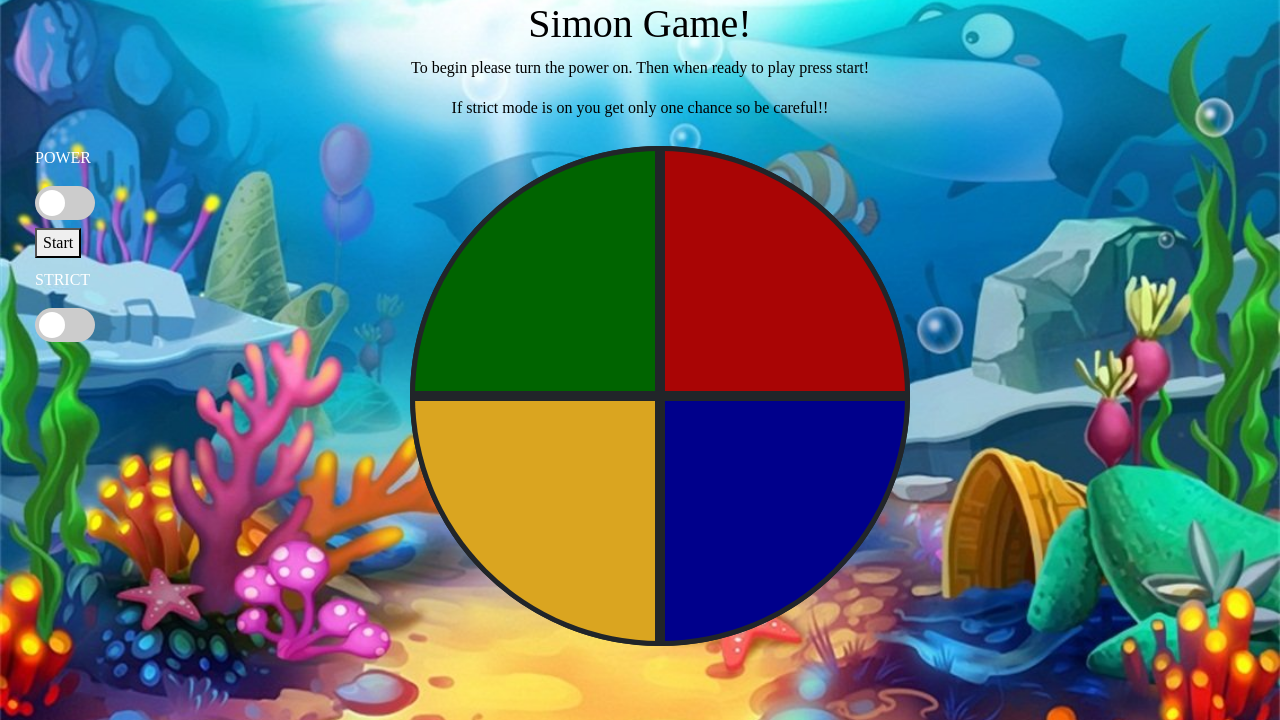
Repository: chrisoc19/SimonSays
Page: index.html
The author's editor kept a record of every edit. The page is drawn from the files as they stood at one moment, then again after the next edit.
The browser window is 1280 px wide. The pictures show the whole page.
Some web fonts or font styles are not loaded; a fallback is used.

Above is the page before.
Console error: ReferenceError: $ is not defined

### index.html
<!DOCTYPE html>
<html>
<html lang="en">
<head>
  <meta charset="UTF-8">
  <title>Simon Game</title>
  <meta name="viewport" content="width=device-width, initial-scale=1">
  <link href='https://fonts.googleapis.com/css?family=Original+Surfer&effect=emboss' rel='stylesheet' type='text/css'>
  <link rel="stylesheet" href="css/style.css">
<link rel="stylesheet" href="https://stackpath.bootstrapcdn.com/bootstrap/4.3.1/css/bootstrap.min.css" integrity="sha384-ggOyR0iXCbMQv3Xipma34MD+dH/1fQ784/j6cY/iJTQUOhcWr7x9JvoRxT2MZw1T" crossorigin="anonymous">

</head>

<body>


  <div class="container-fluid">
    <div class="row">
      <div class="col text text-box">
        <h1>Simon Game!</h1>
  <p>To begin please turn the power on. Then when ready to play press start!  </p>
  <p>If strict mode is on you get only one chance so be careful!!</p>
      </div>

    </div>


  <div class="row">
    <div class="col-sm-2 switches-wrapper">
      <div class="switches">

   <p class="newButtons">POWER</p>
  <label class="switch">
  <input type="checkbox" class="switch" id="on">
  <span class="slider round"></span>
</label>

  <div id="turn" class="d-none"></div>
  <div class="text2 d-none">
    COUNT
  </div>
  <div class ="button-container">
    <button class="button" id="start">Start</button>
    </div>


  <p class="newButtons">STRICT</p>
  <label class="switch">
  <input type="checkbox" class="switch " id="strict">
  <span class="slider round"></span>
</label>

</div>
    </div>
    <div class="col-sm-8">
      <div class="circle">
    <div id="topleft"></div>
    <div id="topright"></div>
    <div id="bottomleft"></div>
    <div id="bottomright"></div>
  </div>
    </div>

  </div>
</div>










  <script src="js/index.js"></script>

</body>

</html>

### css/style.css

body {
  padding-bottom: 20px;
  background-image: url("../img/sea.2.jpg");
  background-position: center;
  background-repeat: no-repeat;
  background-size: cover;

}

/* -----------------------------------------------------Simon game Text */

.text {
  font-family: 'Original Surfer', cursive;

  text-align: center;
  color: black;
}

.text-box {
  margin-bottom: 10px;
  background-color: rgba(0, 123, 255, 0);
}

.newButtons{
  font-family: 'Original Surfer', cursive;

  width: 65px;
  color: white;
}



.switches-wrapper {
  margin-left: 20px;
   background-color: rgba(0, 123, 255, 0);
}





/* The switch - the box around the slider */

.switch {
  position: relative;
  display: inline-block;
  width: 60px;
  height: 34px;
}

/* Hide default HTML checkbox */

.switch input {
  opacity: 0;
  width: 0;
  height: 0;
}

/* The slider */

.slider {
  position: absolute;
  cursor: pointer;
  top: 0;
  left: 0;
  right: 0;
  bottom: 0;
  background-color: #ccc;
  -webkit-transition: .4s;
  transition: .4s;
}

.slider:before {
  position: absolute;
  content: "";
  height: 26px;
  width: 26px;
  left: 4px;
  bottom: 4px;
  background-color: white;
  -webkit-transition: .4s;
  transition: .4s;
}

input:checked+.slider {
  background-color: #2196F3;
}

input:focus+.slider {
  box-shadow: 0 0 1px #2196F3;
}

input:checked+.slider:before {
  -webkit-transform: translateX(26px);
  -ms-transform: translateX(26px);
  transform: translateX(26px);
}

/* Rounded sliders */

.slider.round {
  border-radius: 34px;
}

.slider.round:before {
  border-radius: 50%;
}

.toggle {
  margin-left: 20px;
  margin-right: 20px;
}


.button {
  -webkit-transition-duration: 0.4s;
  /* Safari */
  transition-duration: 0.4s;
 font-family:  'Original Surfer', cursive;
}

.button:hover {
  background-color: #4CAF50;
  /* Green */
  color: white;
}

.button-container {
  margin-bottom: 10px;

}



.text2 {
  position: absolute;
  font-family: 'Original Surfer', cursive;
  margin-top: 170px;
  margin-bottom: 50px;
  margin-right: 100px;
}



#title {
  font-family: 'Original Surfer', cursive;
  font-size: 40px;
  text-align: center;

}



#turn {
  position: absolute;
  background: rgba(0,123,255,.5);
  /*background: #330000;*/
  color: red;
  font-family: courier;
  font-size: 20px;
  height: 30px;
  width: 50px;

  margin-top: 130px;
  margin-left: 5px;
  text-align: center;

  line-height: 30px;
}

/*------------------------------------------------- circle */

.circle {

  background: #385a94;
  border-radius: 50%;
  height: 500px;
  width: 500px;
  position: relative;
  border-style: solid;
  border-width: 10px;
  margin: auto;


}

#topleft {
  position: absolute;
  height: 250px;
  width: 250px;
  border-radius: 250px 0 0 0;
  -moz-border-radius: 250px 0 0 0;
  -webkit-border-radius: 250px 0 0 0;
  background: darkgreen;
  top: 50%;
  left: 50%;
  margin: -250px 0px 0px -250px;
  border-style: solid;
  border-width: 5px;
  box-sizing: border-box;
  -moz-box-sizing: border-box;
  -webkit-box-sizing: border-box;
}

#topright {
  position: absolute;
  height: 250px;
  width: 250px;
  border-radius: 0 250px 0 0;
  -moz-border-radius: 0 250px 0 0;
  -webkit-border-radius: 0 250px 0 0;
  background: #a90505;
  top: 50%;
  left: 50%;
  margin: -250px 0px 0px 0px;
  border-style: solid;
  border-width: 5px;
  box-sizing: border-box;
  -moz-box-sizing: border-box;
  -webkit-box-sizing: border-box;
}

#bottomleft {
  position: absolute;
  height: 250px;
  width: 250px;
  border-radius: 0 0 0 250px;
  -moz-border-radius: 0 0 0 250px;
  -webkit-border-radius: 0 0 0 250px;
  background: goldenrod;
  top: 50%;
  left: 50%;
  margin: 0px -250px 0px -250px;
  border-style: solid;
  border-width: 5px;
  box-sizing: border-box;
  -moz-box-sizing: border-box;
  -webkit-box-sizing: border-box;
}

#bottomright {
  position: absolute;
  height: 250px;
  width: 250px;
  border-radius: 0 0 250px 0;
  -moz-border-radius: 0 0 250px 0;
  -webkit-border-radius: 0 0 250px 0;
  background: darkblue;
  top: 50%;
  left: 50%;
  margin: 0px 0px -250px 0px;
  border-style: solid;
  border-width: 5px;
  box-sizing: border-box;
  -moz-box-sizing: border-box;
  -webkit-box-sizing: border-box;
}

### js/index.js
let order = [];
let playerOrder = [];
let flash;
let turn;
let good;
let compTurn;
let intervalId;
let strict = false;
let start = false;
let noise = true;
let on = false;
let win;

let oneNoise = new Audio('sounds/drop.mp3');
let twoNoise = new Audio('sounds/pop.mp3');
let threeNoise = new Audio('sounds/seagull.ogg');
let fourNoise = new Audio('sounds/radar.wav');
let startNoise = new Audio('sounds/startSound.ogg');
let offNoise = new Audio('sounds/off.ogg');
let winNoise = new Audio('sounds/winSound.wav');
let strictNoise = new Audio('sounds/b1.wav');


const turnCounter = document.querySelector("#turn");
const topLeft = document.querySelector("#topleft");
const topRight = document.querySelector("#topright");
const bottomLeft = document.querySelector("#bottomleft");
const bottomRight = document.querySelector("#bottomright");
const strictButton = document.querySelector("#strict");
const onButton = document.querySelector("#on");
const startButton = document.querySelector("#start");



//--------------------------------------------------------------- onButton

$('#on').click(function() {
    $('.remove').removeClass('d-none');
    $('.add').addClass('d-none');
})

onButton.addEventListener('click', (event) => {
    if (onButton.checked == true) {
        on = true;
        turnCounter.innerHTML = "-";
        startSound();
        flashColor();
        setTimeout(() => {
            clearColor();
        }, 800);
    }
    else {
        on = false;
        turnCounter.innerHTML = "Bye";
        setTimeout(() => {
            turnCounter.innerHTML = "";
        }, 1000);
        clearInterval(intervalId);
        off();
        flashColor();
        setTimeout(() => {
            clearColor();
        }, 800);
        setTimeout(() => {
            document.location.reload(true);
        }, 200);

    }

});

function startSound() {
    if (noise) {
        startNoise.play();
    }
    noise = true;

}

function off() {
    if (noise) {
        offNoise.play();
    }
    noise = true;

}
//---------------------------------------------------------------startButton
startButton.addEventListener('click', (event) => {
    if (on || win) {
        play();
        start = true;
    }
    if (onButton.checked == false) {
        startButton = 'unclick';
        start = false;

    }

});

//--------------------------------------------------------------- strictButton


strictButton.addEventListener('change', (event) => {
    if (onButton.checked == false) {
        document.getElementById("#strict").disabled = true;

    }
    if (strictButton.checked == true) {
        strict = true;
        strictSound();
        clearInterval(intervalId);
        turnCounter.innerHTML = "-";
        flashColor();
        setTimeout(() => {
            clearColor();
        }, 800);

    }
    else {
        strict = false;
        strictSound();
        clearInterval(intervalId);
        turnCounter.innerHTML = "-";
        flashColor();
        setTimeout(() => {
            clearColor();
        }, 800);

    }
});

function strictSound() {
    if (noise) {
        strictNoise.play();
    }
    noise = true;

}
//---------------------------------------------------------------play()
function play() {
    win = false;
    order = [];
    playerOrder = [];
    flash = 0;
    intervalId = 0;
    turn = 1;
    turnCounter.innerHTML = 1;
    good = true;
    for (var i = 0; i < 20; i++) {
        order.push(Math.floor(Math.random() * 4) + 1);
    }
    compTurn = true;

    intervalId = setInterval(gameTurn, 800);
}
//---------------------------------------------------------------GameTurn  ()
function gameTurn() {
    on = false;

    if (flash == turn) {
        clearInterval(intervalId);
        compTurn = false;
        clearColor();
        on = true;
    }

    if (compTurn) {
        clearColor();
        setTimeout(() => {
            if (order[flash] == 1) one();
            if (order[flash] == 2) two();
            if (order[flash] == 3) three();
            if (order[flash] == 4) four();
            flash++;
        }, 200);
    }
}
//--------------------------------------------------------------- Function 1 - 4
function one() {
    if (noise) {
        oneNoise.play();
    }
    noise = true;
    topLeft.style.backgroundColor = "lightgreen";
}

function two() {
    if (noise) {
        twoNoise.play();
    }
    noise = true;
    topRight.style.backgroundColor = "tomato";
}

function three() {
    if (noise) {
        threeNoise.play();
    }
    noise = true;
    bottomLeft.style.backgroundColor = "yellow";
}

function four() {
    if (noise) {
        fourNoise.play();
    }
    noise = true;
    bottomRight.style.backgroundColor = "lightskyblue";
}
//---------------------------------------------------------------clear color
function clearColor() {
    topLeft.style.backgroundColor = "darkgreen";
    topRight.style.backgroundColor = "darkred";
    bottomLeft.style.backgroundColor = "goldenrod";
    bottomRight.style.backgroundColor = "darkblue";
}
//---------------------------------------------------------------  flash Colors
function flashColor() {
    topLeft.style.backgroundColor = "lightgreen";
    topRight.style.backgroundColor = "tomato";
    bottomLeft.style.backgroundColor = "yellow";
    bottomRight.style.backgroundColor = "lightskyblue";
}
//---------------------------------------------------------------Click Events
topLeft.addEventListener('click', (event) => {
    if (on && start) {
        playerOrder.push(1);
        check();
        one();
        if (!win) {
            setTimeout(() => {
                clearColor();
            }, 300);
        }
    }

});

topRight.addEventListener('click', (event) => {
    if (on && start) {
        playerOrder.push(2);
        check();
        two();
        if (!win) {
            setTimeout(() => {
                clearColor();
            }, 300);
        }
    }
});

bottomLeft.addEventListener('click', (event) => {
    if (on && start) {
        playerOrder.push(3);
        check();
        three();
        if (!win) {
            setTimeout(() => {
                clearColor();
            }, 300);
        }
    }

});

bottomRight.addEventListener('click', (event) => {
    if (on && start) {
        playerOrder.push(4);
        check();
        four();
        if (!win) {
            setTimeout(() => {
                clearColor();
            }, 300);
        }
    }
});
//---------------------------------------------------------------Check()
function check() {
    if (playerOrder[playerOrder.length - 1] !== order[playerOrder.length - 1])
        good = false;

    if (playerOrder.length == 3 && good) {
        winGame();
    }
    if (good == false) {
        turnCounter.innerHTML = "NO!";
        setTimeout(() => {
            turnCounter.innerHTML = turn;
            clearColor();

            if (strict) {
                play();
            }
            else {
                compTurn = true;
                flash = 0;
                playerOrder = [];
                good = true;
                intervalId = setInterval(gameTurn, 800);
            }
        }, 800);
        noise = false;
    }
    if (turn == playerOrder.length && good && !win) {
        turn++;
        playerOrder = [];
        compTurn = true;
        flash = 0;
        turnCounter.innerHTML = turn;
        intervalId = setInterval(gameTurn, 800);
    }
}
//---------------------------------------------------------------winGame
function winGame() {
    flashColor();
    winSound();
    turnCounter.innerHTML = "win!";
    on = false;
    win = true;
}

function winSound() {
    if (noise) {
        winNoise.play();
    }
    noise = true;

}

After the next edit:
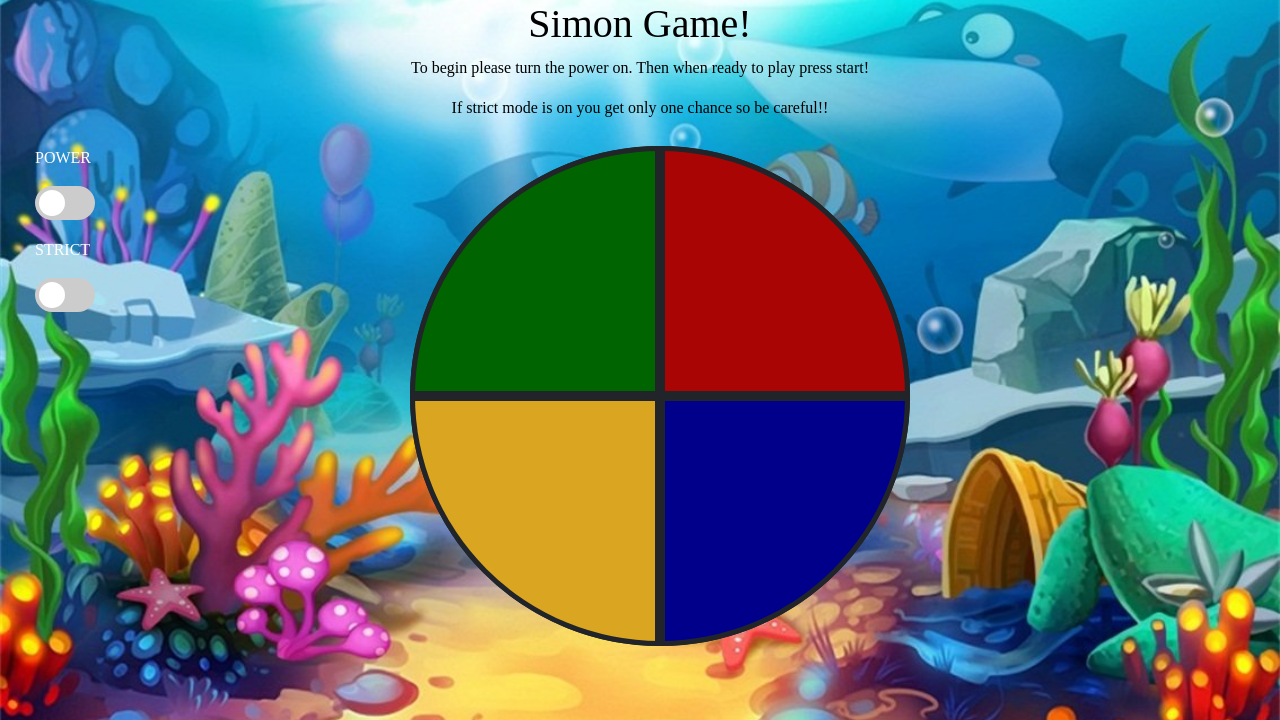
The edit:
--- a/index.html
+++ b/index.html
@@ -40,7 +40,7 @@
     COUNT
   </div>
   <div class ="button-container">
-    <button class="button" id="start">Start</button>
+    <button class="button d-none" id="start">Start</button>
     </div>
 
 
